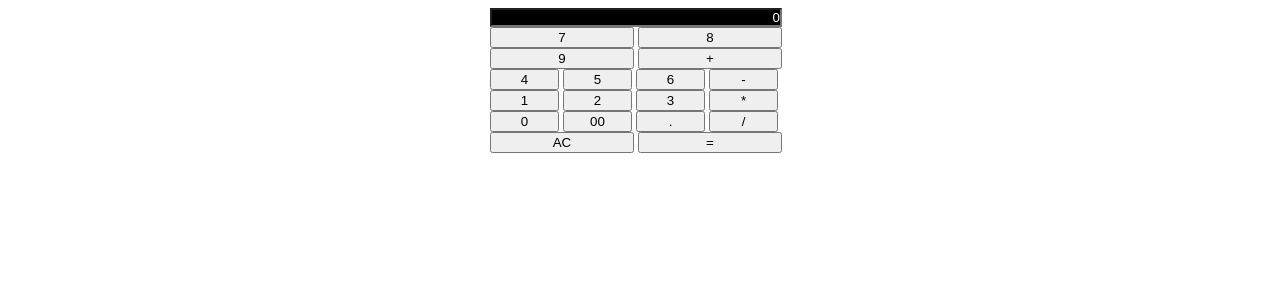
Repository: 7121yamamotorina/memo
Page: index2.html
The author's editor kept a record of every edit. The page is drawn from the files as they stood at one moment, then again after the next edit.
The browser window is 1280 px wide. The pictures show the whole page.
Some web libraries are served in a nearby version.

Above is the page before.

After the next edit:
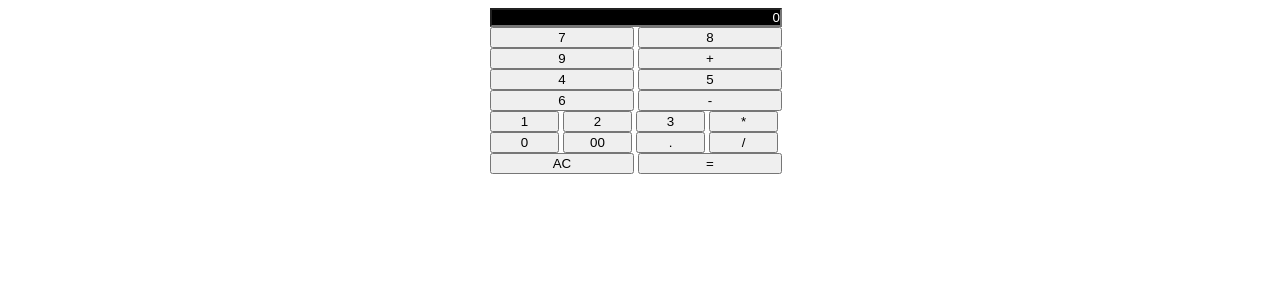
The edit:
--- a/index2.html
+++ b/index2.html
@@ -18,10 +18,10 @@
          <button class="danme5" onclick="clickbutton('+')">+</button>
        </div>
        <div>
-         <button onclick="clickbutton('4')">4</button>
-          <button onclick="clickbutton('5')">5</button>
-         <button onclick="clickbutton('6')">6</button>
-         <button onclick="clickbutton('-')">-</button>
+         <button class="danme5" onclick="clickbutton('4')">4</button>
+          <button class="danme5" onclick="clickbutton('5')">5</button>
+         <button class="danme5" onclick="clickbutton('6')">6</button>
+         <button class="danme5" onclick="clickbutton('-')">-</button>
        </div>
         <div>
          <button onclick="clickbutton('1')">1</button>
